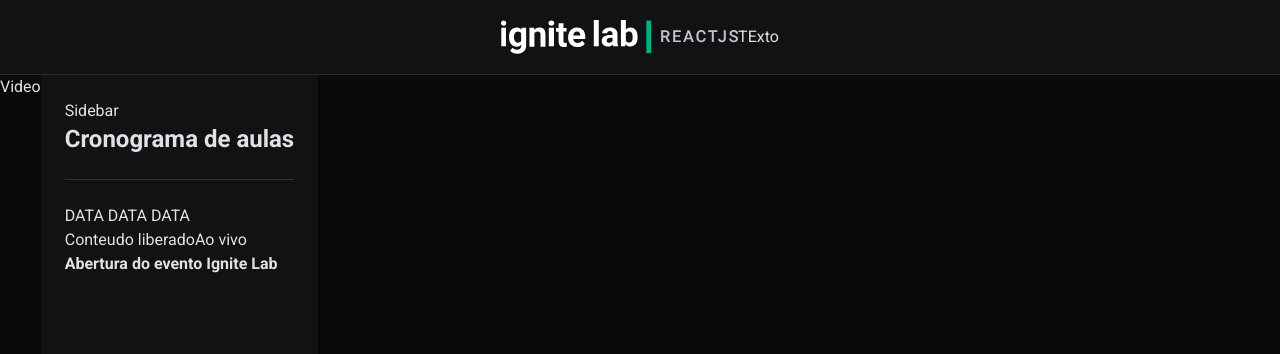
Repository: weltergab/Event_Plataform-IgniteLab
Page: /
These files come from the project's save history. The page is drawn as it stood at one moment and after the next save; the edit follows.
The browser window is 1280 px wide. The pictures show the whole page.
The page's requests for data from a server got no answer. The project was rebuilt for these pictures with package versions that can differ from the ones it lists, and the page was loaded fresh each time. No one was signed in, and anything a server would have sent is missing. Also part of the build but not shown: vite.config.ts.

Above is the page before, as saved 2022-06-24 16:53:13.

### index.html
<!DOCTYPE html>
<html lang="en">

<head>
  <meta charset="UTF-8" />
  <link rel="icon" type="image/svg+xml" href="/src/favicon.svg" />
  <meta name="viewport" content="width=device-width, initial-scale=1.0" />

  <link rel="preconnect" href="https://fonts.googleapis.com" />
  <link rel="preconnect" href="https://fonts.gstatic.com" crossorigin />
  <link href="https://fonts.googleapis.com/css2?family=Roboto:wght@400;500;700&display=swap" rel="stylesheet" />

  <title>Event Plataform</title>
</head>

<body>
  <div id="root"></div>
  <script type="module" src="/src/main.tsx"></script>
</body>

</html>

### src/main.tsx
import { ApolloProvider } from '@apollo/client'
import React from 'react'
import ReactDOM from 'react-dom/client'
import App from './App'
import { client } from './lib/apollo';

import './styles/global.css'

ReactDOM.createRoot(document.getElementById('root')!).render(
  <ApolloProvider client={client}>
    <React.StrictMode>
    <App />
    </React.StrictMode>
  </ApolloProvider>

)

### src/App.tsx
import { gql, useQuery } from '@apollo/client'
import { useState } from 'react'

import { Event } from './pages/Event'


const GET_LESSONS_QUERY = gql`
  query {
    lessons {
      id
      title
    }

  }
`




function App() {
  const { data } = useQuery(GET_LESSONS_QUERY)

  console.log(data);





  const [count, setCount] = useState(0)

  return (
    <div className="All">
      <Event />
    </div>

  )
}

export default App

### src/lib/apollo.ts
import { ApolloClient, InMemoryCache } from "@apollo/client";

export const client = new ApolloClient({
    uri: 'https://api-sa-east-1.graphcms.com/v2/cl4pywx0h2kp101xtf4npbpzl/master',
    cache: new InMemoryCache()
})

### src/pages/Event.tsx
import { Header } from "../components/Header";
import { Sidebar } from "../components/Sidebar";
import { Video } from "../components/Video";

export function Event() {
    return (
        <div className="flex flex-col min-h-screen">
            <Header />
            <main className="flex flex-1">
                <Video />
                <Sidebar />
            </main>
        </div>
    )
}

### src/components/Header.tsx
import { Logo } from "./Logo";

export function Header(){
    return (
        <header className="w-full py-5 flex items-center justify-center bg-gray-700 border-b border-gray-600">
            <Logo />
            TExto
        </header>
    )
}

### src/components/Sidebar.tsx
import { Lesson } from "./Lesson";

export function Sidebar() {
    return (
        <aside className="w-[348] bg-gray-700 p-6 border-1 border-gray-600">
            <h1>Sidebar</h1>
            <span className="font-bold text-2xl pb-6 mb-6 border-b border-gray-500 block">
                Cronograma de aulas
            </span>
            <div className="flex flex-col gab-8">
                <Lesson />
            </div>
        </aside>
    )
}

### src/components/Video.tsx
export function Video(){
    return (
        <h1>Video</h1>
    )
}

### src/components/Logo.tsx
export function Logo() {
  return (
    <svg
      xmlns="http://www.w3.org/2000/svg"
      width="237"
      height="34"
      fill="none"
      viewBox="0 0 237 34"
    >
      <path
        fill="#fff"
        d="M.002 3.112a2.49 2.49 0 01.165-.987c.12-.314.304-.595.535-.83A2.906 2.906 0 012.615.572c.698 0 1.374.257 1.912.723.23.24.412.524.536.837a2.701 2.701 0 010 1.979 2.568 2.568 0 01-.536.837 2.889 2.889 0 01-1.907.723 2.901 2.901 0 01-1.908-.723 2.458 2.458 0 01-.538-.84 2.645 2.645 0 01-.172-.996zm4.96 23.146H.273V7.862h4.689v18.397zM8.012 16.973c0-2.853.686-5.145 2.055-6.883a6.653 6.653 0 015.528-2.606 5.869 5.869 0 014.802 2.09l.2-1.751h4.538v17.95a7.891 7.891 0 01-1.12 4.246 7.243 7.243 0 01-3.147 2.752 11.155 11.155 0 01-4.742.94c-1.378 0-2.74-.279-4.008-.812a7.08 7.08 0 01-2.946-2.11l2.208-3.02a5.905 5.905 0 004.543 2.08 4.356 4.356 0 003.104-1.059 3.938 3.938 0 001.103-2.993v-.994a5.775 5.775 0 01-4.555 1.935 6.647 6.647 0 01-3.05-.652 6.615 6.615 0 01-2.408-1.967c-1.397-1.752-2.085-4.089-2.085-6.942v-.21h-.025l.005.006zm4.997.355a6.723 6.723 0 001.026 3.956 3.233 3.233 0 002.799 1.443c.651.045 1.3-.088 1.878-.39a3.52 3.52 0 001.396-1.305v-7.825a3.448 3.448 0 00-1.374-1.305 3.504 3.504 0 00-1.86-.39 3.28 3.28 0 00-1.61.365 3.22 3.22 0 00-1.219 1.103c-.688.975-1.036 2.418-1.036 4.348zM33.098 7.833l.158 2.196a6.527 6.527 0 012.371-1.927 6.38 6.38 0 012.971-.62c1.97 0 3.438.597 4.39 1.79.953 1.194 1.456 2.936 1.486 5.293v12.249h-4.962V14.683a3.367 3.367 0 00-.684-2.344 3.086 3.086 0 00-1.069-.598 3.008 3.008 0 00-1.211-.13 3.349 3.349 0 00-1.821.454c-.553.32-1.01.794-1.313 1.367v13.37H28.45V7.845l4.647-.012zM47.512 3.112a2.304 2.304 0 01.185-.988 2.42 2.42 0 01.59-.831A3.439 3.439 0 0150.404.57c.772 0 1.52.256 2.117.723.508.486.792 1.142.792 1.826 0 .683-.284 1.34-.792 1.826a3.417 3.417 0 01-2.11.723c-.77 0-1.517-.257-2.11-.723a2.47 2.47 0 01-.594-.839 2.342 2.342 0 01-.19-.994h-.005zm5.483 23.149h-5.18V7.86h5.18v18.4zM62.454 3.334v4.612h3.107v3.677h-3.107v9.382c-.05.53.091 1.063.395 1.495a1.824 1.824 0 001.473.45c.476.002.95-.035 1.421-.114v3.803a9.672 9.672 0 01-2.939.449c-3.398 0-5.128-1.775-5.19-5.32V11.644h-2.642V7.968h2.643V3.356h4.841v-.025l-.002.003zM76.487 27.08a9.277 9.277 0 01-6.759-2.55c-1.74-1.699-2.605-3.957-2.605-6.797v-.494a11.295 11.295 0 011.098-5.08 8.141 8.141 0 013.111-3.465 8.72 8.72 0 014.59-1.22c2.577 0 4.62.815 6.098 2.449 1.478 1.633 2.226 3.94 2.226 6.929v2.055h-12.01a4.665 4.665 0 001.473 2.971 4.487 4.487 0 003.111 1.111 5.426 5.426 0 004.548-2.115l2.476 2.781a7.506 7.506 0 01-3.07 2.507 9.81 9.81 0 01-4.287.916v.002zm-.594-15.514a3.127 3.127 0 00-2.428 1.012 5.405 5.405 0 00-1.188 2.912h7.006v-.405a3.749 3.749 0 00-.908-2.608 3.252 3.252 0 00-2.45-.908h-.03l-.002-.003zM97.771 26.259h-4.957V0h4.957V26.26zM112.209 26.259c-.227-.444-.392-.997-.496-1.659-1.196 1.333-2.751 2.002-4.666 2.002-1.811 0-3.314-.523-4.504-1.572-1.191-1.049-1.786-2.372-1.786-3.966 0-1.96.725-3.464 2.179-4.513 1.453-1.049 3.553-1.58 6.3-1.59h2.273v-1.06c0-.854-.22-1.54-.659-2.051-.44-.513-1.131-.77-2.078-.77-.832 0-1.486.2-1.957.6-.474.4-.708.945-.708 1.64h-4.941c0-1.07.331-2.062.992-2.973.662-.91 1.597-1.626 2.804-2.144 1.206-.518 2.564-.778 4.069-.778 2.28 0 4.089.573 5.429 1.718 1.34 1.145 2.009 2.756 2.009 4.83v8.017c.012 1.754.256 3.082.735 3.983v.29h-4.992l-.003-.004zm-4.086-3.435c.728 0 1.402-.163 2.016-.486.614-.326 1.071-.76 1.367-1.308v-3.181h-1.846c-2.472 0-3.79.854-3.948 2.564l-.017.291c0 .614.217 1.123.649 1.523.434.4 1.026.6 1.779.6v-.003zM136.58 17.183c0 2.963-.632 5.273-1.898 6.931-1.265 1.659-3.032 2.488-5.3 2.488-2.006 0-3.608-.77-4.805-2.308l-.222 1.967h-4.444V.001h4.94v9.418c1.14-1.332 2.638-2 4.496-2 2.256 0 4.025.828 5.308 2.487 1.283 1.658 1.923 3.992 1.923 7v.274l.002.003zm-4.94-.358c0-1.868-.296-3.233-.889-4.094-.592-.861-1.475-1.29-2.65-1.29-1.572 0-2.655.643-3.247 1.932v7.299c.604 1.298 1.697 1.95 3.282 1.95 1.584 0 2.643-.788 3.146-2.36.239-.752.358-1.897.358-3.437z"
      ></path>
      <path
        fill="#C4C4CC"
        d="M164.51 17.501h-2.283v4.53h-2.048v-11.78h4.143c1.36 0 2.408.306 3.149.915.74.61 1.108 1.493 1.108 2.648 0 .787-.19 1.449-.57 1.98-.38.532-.911.94-1.59 1.226l2.646 4.906v.106h-2.194l-2.364-4.531h.003zm-2.283-1.65h2.105c.691 0 1.229-.176 1.619-.524.39-.348.582-.824.582-1.429 0-.604-.18-1.12-.538-1.466-.358-.345-.893-.523-1.606-.533h-2.162V15.85zM179.066 16.773h-4.839v3.625h5.656v1.634h-7.704V10.25h7.648v1.65h-5.6v3.253h4.839v1.62zM189.803 19.29h-4.565l-.955 2.744h-2.127l4.452-11.783h1.836l4.459 11.783h-2.137l-.963-2.744zm-3.99-1.65h3.415l-1.707-4.89-1.708 4.89zM204.716 18.197c-.119 1.256-.583 2.238-1.392 2.941-.81.703-1.885 1.056-3.228 1.056-.938 0-1.764-.222-2.48-.668-.715-.445-1.266-1.079-1.656-1.898-.387-.82-.589-1.772-.607-2.858v-1.1c0-1.11.198-2.09.59-2.937.392-.846.96-1.5 1.695-1.96.736-.458 1.587-.688 2.554-.688 1.301 0 2.347.353 3.139 1.057.792.703 1.254 1.7 1.385 2.99h-2.039c-.096-.846-.343-1.458-.74-1.833-.397-.375-.977-.563-1.745-.563-.89 0-1.574.326-2.05.977-.479.652-.721 1.605-.733 2.863v1.044c0 1.273.227 2.245.683 2.917.457.668 1.123 1.004 2.004 1.004.805 0 1.409-.18 1.814-.543.405-.363.661-.962.77-1.804h2.038l-.002.003zM216.481 11.902h-3.674v10.132h-2.031V11.902h-3.642V10.25h9.347v1.65zM222.759 10.251h2.039v8.262c0 1.127-.353 2.023-1.057 2.687-.703.664-1.633.995-2.788.995-1.229 0-2.179-.311-2.848-.93-.669-.62-1.004-1.484-1.004-2.59h2.038c0 .627.156 1.096.467 1.412.31.316.76.474 1.347.474.55 0 .989-.183 1.315-.545.326-.366.489-.867.489-1.51V10.25h.002zM234.952 18.999c0-.518-.183-.918-.545-1.197-.363-.279-1.022-.563-1.972-.849-.95-.286-1.705-.604-2.265-.955-1.074-.674-1.612-1.555-1.612-2.638 0-.95.388-1.732 1.163-2.347.774-.614 1.779-.922 3.015-.922.819 0 1.55.15 2.194.454a3.597 3.597 0 011.513 1.29c.367.558.55 1.177.55 1.858h-2.038c0-.614-.193-1.095-.578-1.443-.385-.348-.938-.524-1.656-.524-.668 0-1.189.144-1.557.43-.37.286-.555.686-.555 1.197 0 .432.2.792.6 1.08.399.29 1.056.57 1.974.842.918.271 1.653.582 2.208.93.556.348.963.748 1.222 1.197.259.452.387.977.387 1.582 0 .982-.375 1.762-1.127 2.342-.753.58-1.775.87-3.063.87a5.755 5.755 0 01-2.352-.473c-.715-.316-1.27-.75-1.668-1.308-.397-.555-.594-1.204-.594-1.942h2.048c0 .669.222 1.187.664 1.555.441.367 1.075.55 1.902.55.713 0 1.246-.143 1.607-.432.357-.288.538-.671.538-1.145l-.003-.002z"
      ></path>
      <path fill="#00B37E" d="M150.271 33.146h-4.958V.57h4.958v32.576z"></path>
    </svg>
  );
}

### src/components/Lesson.tsx
export function Lesson() {
    return (
        <a href="#">
            <span>
                DATA DATA DATA
            </span>

            <div>
                <header>
                    <span>
                        Conteudo liberado
                    </span>
                    <span>
                        Ao vivo
                    </span>
                </header>
            </div>
            <strong>
                Abertura do evento Ignite Lab
            </strong>
        </a>

    )
}

Loaded but not shown: src/styles/global.css (common file); tailwind.config.js (common file)

After the next save:
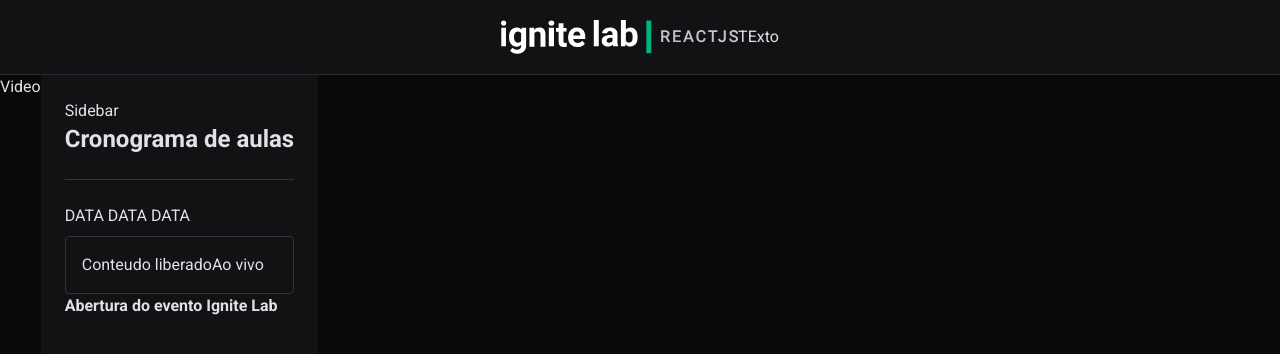
Saved 56 s later.
--- a/src/components/Lesson.tsx
+++ b/src/components/Lesson.tsx
@@ -5,7 +5,7 @@
                 DATA DATA DATA
             </span>
 
-            <div>
+            <div className="rounded border border-gray-500 p-4 mt-2">
                 <header>
                     <span>
                         Conteudo liberado
